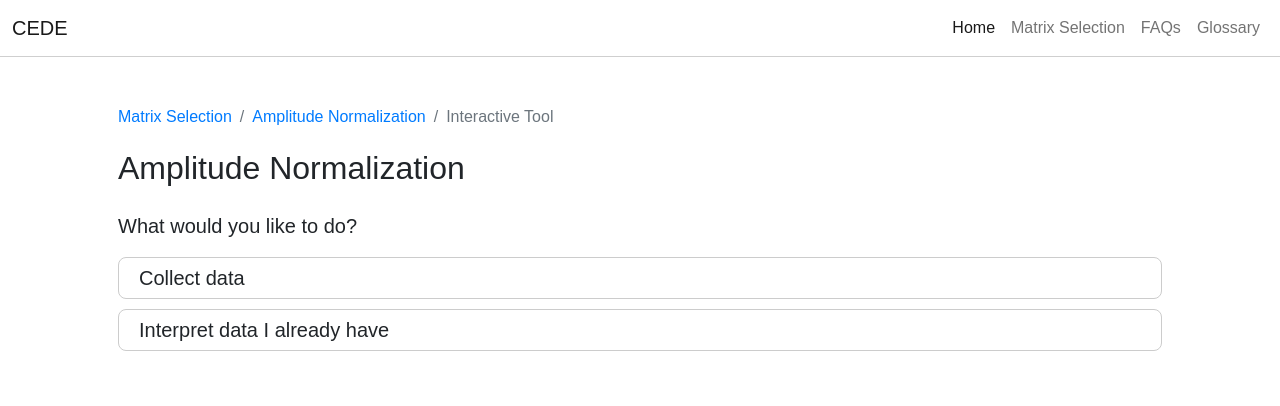
Repository: devashrisamani/CEDE-Website
Page: website/matrix.html
An editor plug-in stored every save of this project. The page is shown before and after the next save, followed by the edit.
The browser window is 1280 px wide. The pictures show the whole page.

Above is the page before, as saved 2024-06-19 18:52:28.
Console error: TypeError: Cannot read properties of null (reading 'addEventListener')

After the next save:
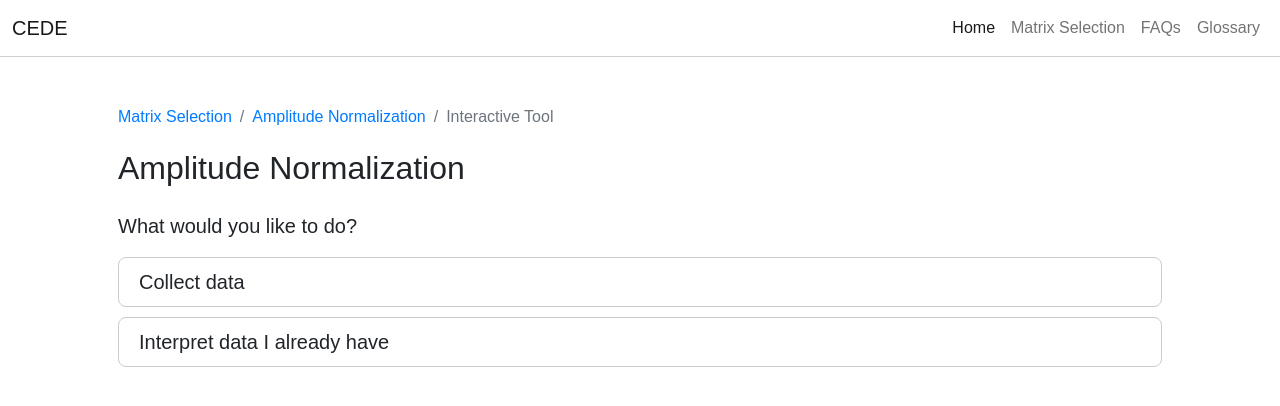
Saved 1 s later.
--- a/website/styles.css
+++ b/website/styles.css
@@ -42,7 +42,7 @@ body {
   cursor: pointer;
   background-color: white;
   border-radius: 8px;
-  height: 40px;
+  height: 50px;
 }
 
 .option:hover {
